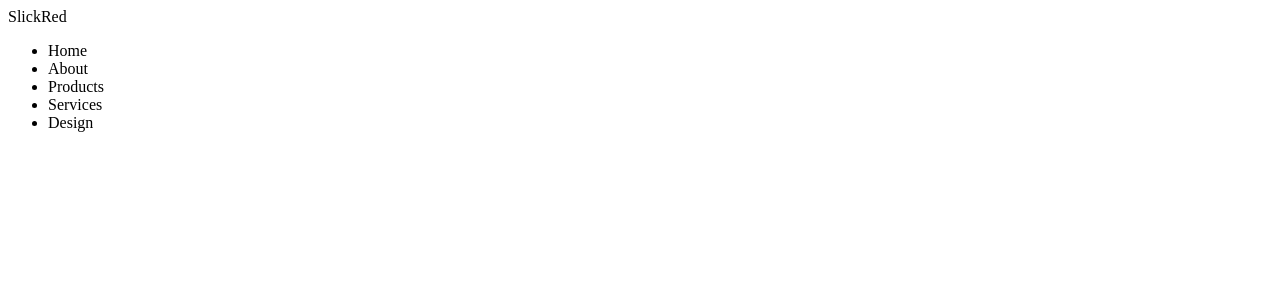
Repository: NgocTruong0701/Self_Learning
Page: html/practice/Baitapweb/Bai4.1.4.html
The author's editor kept a copy of each file at every save. The page is drawn from the files as they stood at one save, then again after a run of saves.
The browser window is 1280 px wide. The pictures show the whole page.

Above is the page before, as saved 2021-10-05 23:20:57.

### html/practice/Baitapweb/Bai4.1.4.html
<!DOCTYPE html>
<html>
<head>
    <meta charset="UTF-8">
    <meta name="author" content="Lê Ngọc Trường">
    <title>Bài 4 Phiếu 1 Bài 1</title>
    <link rel="stylesheet" type="text/css" href="./Bai4.1.4.css">
</head>
<body>
    <div id="container">
        <div class="banner"><span class="first">Slick</span>Red</div>
        <div class="content-menu">
            <ul class="menu">
                <li>Home</li>
                <li>About</li>
                <li>Products</li>
                <li>Services</li>
                <li>Design</li>
            </ul>
        </div>
    </div>
</body>
</html>

Loaded but not shown: html/practice/Baitapweb/Bai4.1.4.css (no stored copy; drawn as an empty file)

After the next 2 saves:
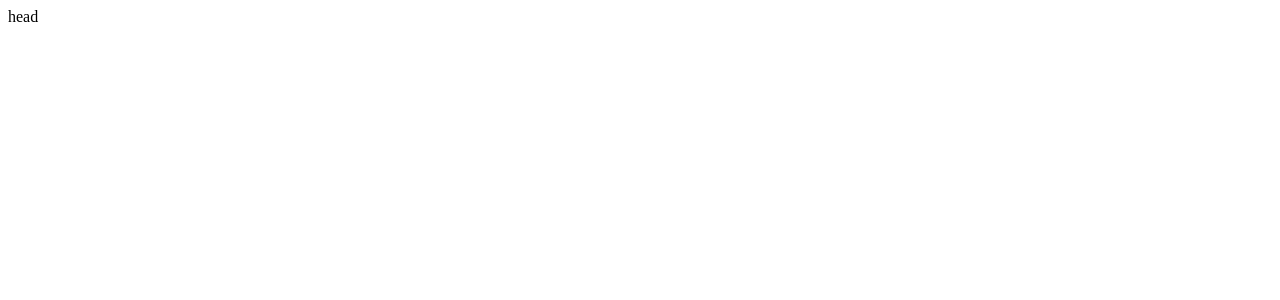
The 2 saves are shown as one change because they came seconds apart.
The last was saved 44 s later.
--- a/html/practice/Baitapweb/Bai4.1.4.html
+++ b/html/practice/Baitapweb/Bai4.1.4.html
@@ -8,16 +8,7 @@
 </head>
 <body>
     <div id="container">
-        <div class="banner"><span class="first">Slick</span>Red</div>
-        <div class="content-menu">
-            <ul class="menu">
-                <li>Home</li>
-                <li>About</li>
-                <li>Products</li>
-                <li>Services</li>
-                <li>Design</li>
-            </ul>
-        </div>
+        head
     </div>
 </body>
 </html>

After the save that followed:
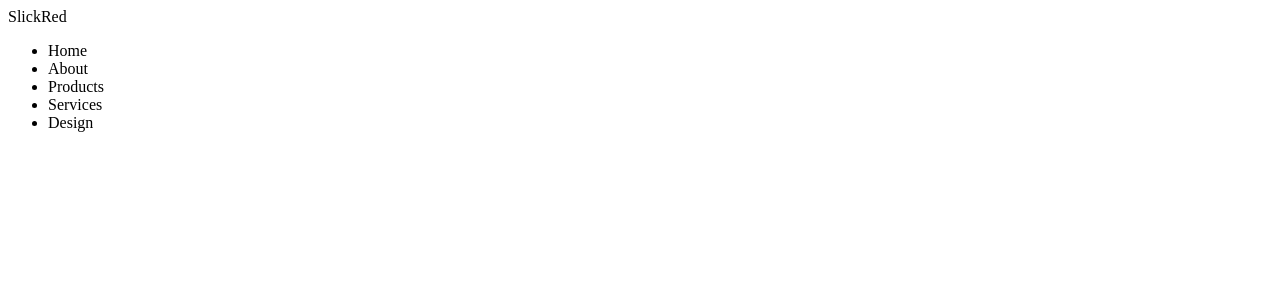
Saved 5 s later.
--- a/html/practice/Baitapweb/Bai4.1.4.html
+++ b/html/practice/Baitapweb/Bai4.1.4.html
@@ -8,7 +8,18 @@
 </head>
 <body>
     <div id="container">
-        head
+        <header>
+            <div class="banner"><span class="first">Slick</span>Red</div>
+        <div class="content-menu">
+            <ul class="menu">
+                <li>Home</li>
+                <li>About</li>
+                <li>Products</li>
+                <li>Services</li>
+                <li>Design</li>
+            </ul>
+        </div>
+        </header>
     </div>
 </body>
 </html>
